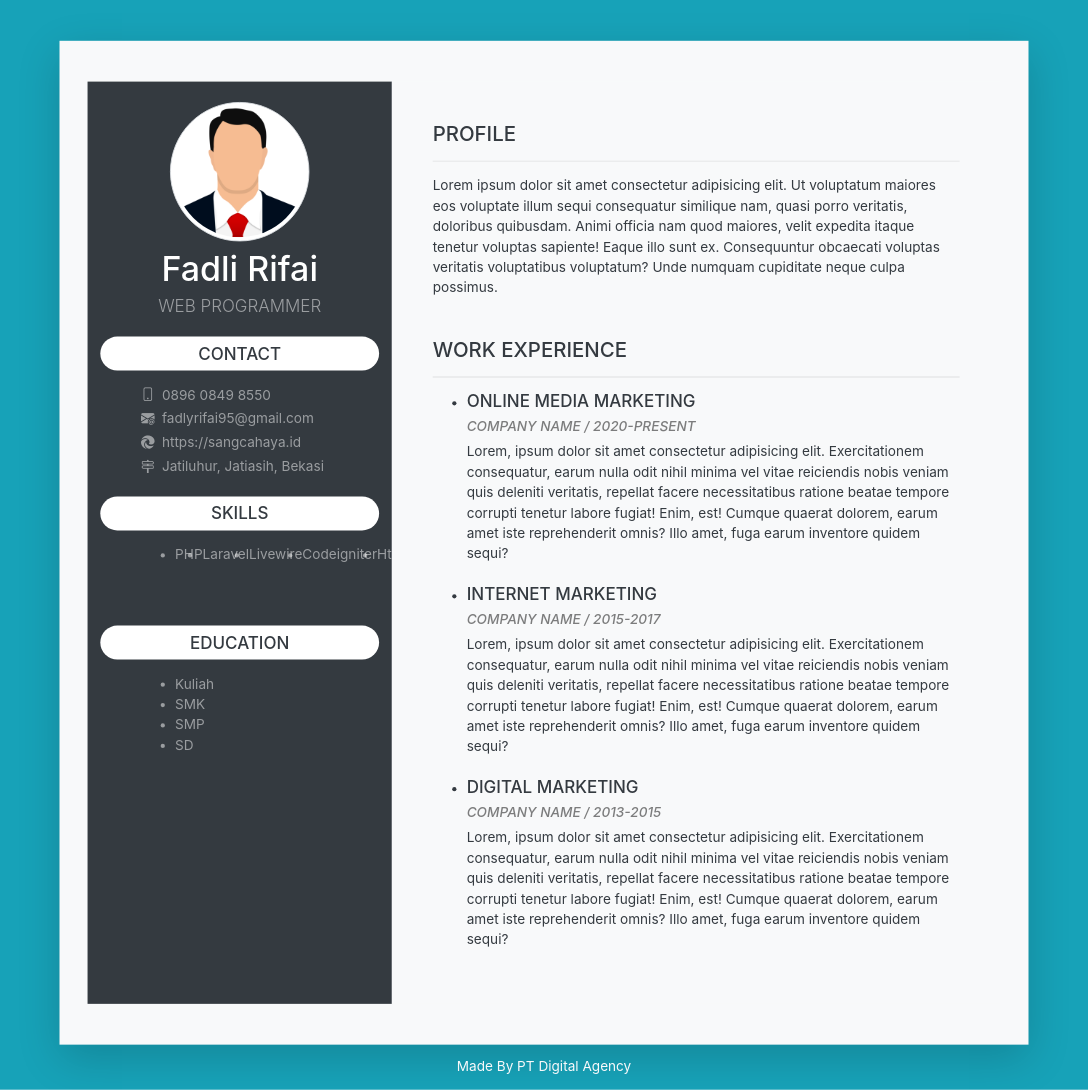
Repository: fadlyyy/fadlyyy.github.io
Page: index.html
An editor plug-in stored every save of this project. The page is shown before and after the next save, followed by the edit.
The browser window is 1280 px wide. The pictures show the whole page, at 85% of full size.

Above is the page before, as saved 2024-01-31 07:38:22.

After the next save:
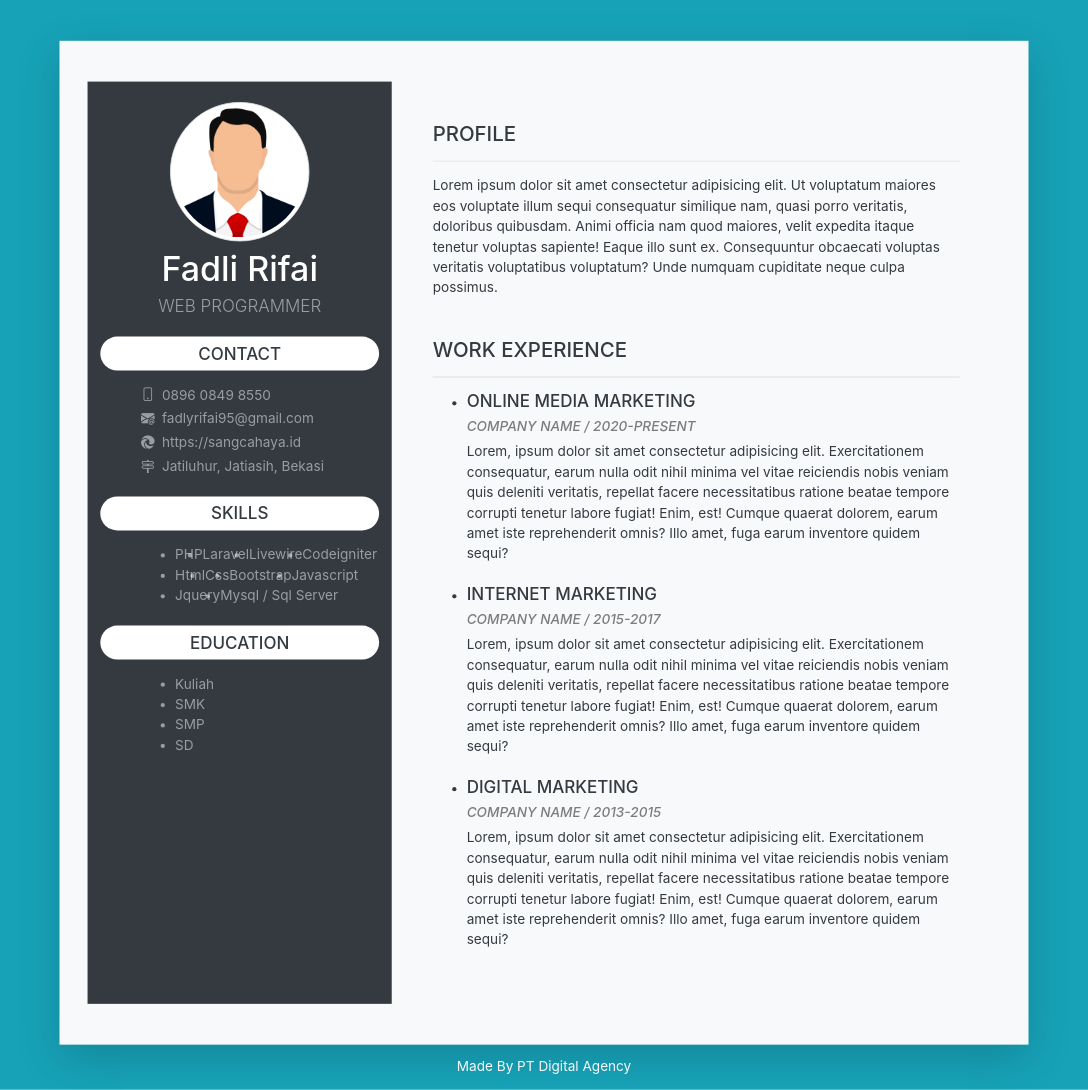
Saved 9 s later.
--- a/style.css
+++ b/style.css
@@ -4,6 +4,7 @@
 
 .list-skills {
     display: flex;
+    flex-wrap: wrap;
 }
 
 /* Media Query */
